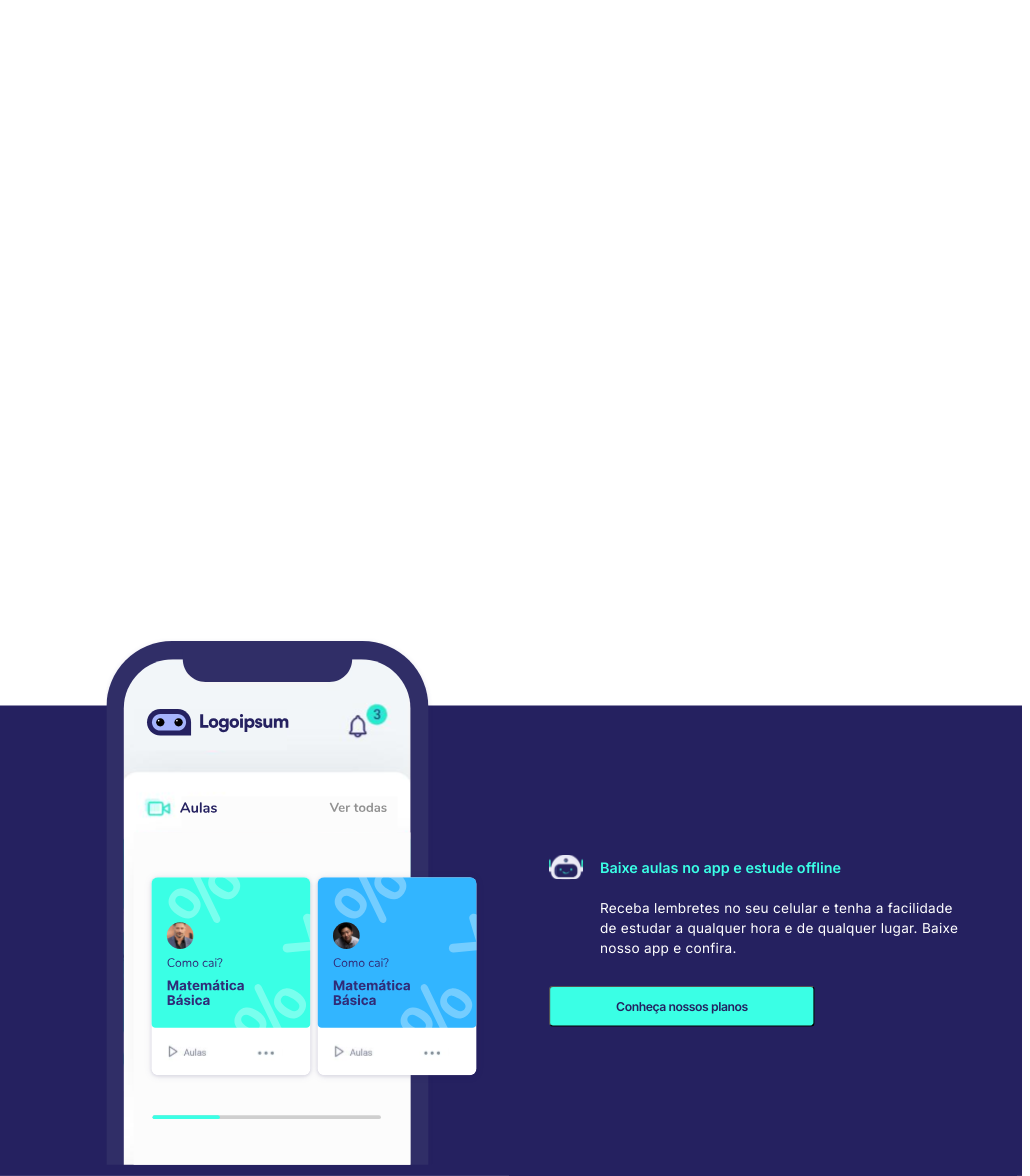
Repository: Williamlmachado/Desafio-Landing-page
Page: index.html
These files come from the project's save history. The page is drawn as it stood at one moment and after the next save; the edit follows.
The browser window is 1280 px wide. The page is 1472 px wide, so the pictures cover 1472 px, including what lies to the right of the window. The pictures show the part of the page from y = 3527 to 5207 px (the page is 5207 px tall), at 70% of full size.
Some icons come from a web library that is not loaded, so they are not drawn.

Above is the page before, as saved 2021-11-10 17:07:37.

### index.html
<!DOCTYPE html>
<html lang="en">

<head>
  <meta charset="UTF-8">
  <meta http-equiv="X-UA-Compatible" content="IE=edge">
  <meta name="viewport" content="width=device-width, initial-scale=1.0">
  <link rel="stylesheet" href="path/to/font-awesome/css/font-awesome.min.css">
  <link href="https://fonts.googleapis.com/css2?family=Inter:wght@100;200;300;400;500;600&display=swap" rel="stylesheet">
  <link href="https://fonts.googleapis.com/css2?family=Nunito:ital,wght@0,200;0,300;0,400;0,700;0,800;0,900;1,200;1,300;1,400;1,600;1,700;1,800;1,900&display=swap" rel="stylesheet">
  <link href="https://fonts.googleapis.com/css2?family=Fredoka+One&display=swap" rel="stylesheet">
  <link href="https://cdn.jsdelivr.net/npm/bootstrap@5.1.3/dist/css/bootstrap.min.css" rel="stylesheet"
    integrity="sha384-1BmE4kWBq78iYhFldvKuhfTAU6auU8tT94WrHftjDbrCEXSU1oBoqyl2QvZ6jIW3" crossorigin="anonymous">
  <link rel="stylesheet" href="style.css">
  <script src="https://cdn.jsdelivr.net/npm/bootstrap@5.1.3/dist/js/bootstrap.bundle.min.js"
    integrity="sha384-ka7Sk0Gln4gmtz2MlQnikT1wXgYsOg+OMhuP+IlRH9sENBO0LRn5q+8nbTov4+1p"
    crossorigin="anonymous"></script>
  <title>Document</title>

<body>
  <nav class="navbar navbar-expand-lg navbar-light bg-light">
    <a class="navbar-brand" href="#">
      <img src="img/logoipsum-logo-40 2.svg" alt="logo">
    </a>
    <button class="navbar-toggler" type="button" data-toggle="collapse" data-target="#navbarNav" aria-controls="navbarNav" aria-expanded="false" aria-label="Toggle navigation">
      <span class="navbar-toggler-icon"></span>
    </button>
    <nav>
    <div class="collapse navbar-collapse" id="navbarNav">
      <ul class="navbar-nav">
      <nav class="navbar-nav ml-auto">
        <li class="nav-item">
          <a class="nav-link disabled" href="#">Home <span class="sr-only"></span></a>
        </li>
        <li class="nav-item">
          <a class="nav-link disabled" href="#">Quem Somos</a>
        </li>
        <li class="nav-item-right">
          <a class="nav-link disabled" href="#">Plano</a>
        </li>
        <li class="nav-item">
          <a class="nav-link disabled" href="#">Fale Conosco</a>
        </li>
        <li class="nav-item">
          <button class="nav-button" type="button">Entrar</button>
        </li>
      </nav>
      </ul>
    </div>
  </nav>
    <div class="retangle-1">
      <div class="row">
          <div class="retangle-8">
           <div class="col"><img class="spaceboy" src="img/image 3.svg" alt="astronauta"><H4 class="frase1">Seja aprovado no Enem e Vestibulares :)</H4>
          <H1 class="frase2">Você escolhe o que aprender.</H1></div>
          <h4 class="frase3">Aqui você terá toda assistência que precisa
            com materiais desenvolvido por mestres e doutores em matemática</h4>
          <button type="button" class="buttonret"><p class="fraseButton">Veja nossos planos</p><i class="fas fa-arrow-right"></i></button>
          </div>
          </div>
        <div class="col"><img class="boy" src="img/image 8.svg" alt="garoto"></div>
     </div>
    </div>
  <div class="retangle-2">
    <div class="escolas">
    <img src="img/Captura de Tela 2021-05-22 às 02.33 1.svg" alt="escolas">
  </div>
  <div class="row">
    <div class="col"><img class="smallogos" src="img/Group 53.svg" alt="smallogos"><p class="group12"><img class="group12" src="img/Group 12.svg"></p><p><img class="group13" src="img/Group 13.svg"></p><p><img class="group14" src="img/Group 14.svg"></p></div>
    <div class="col"><img class="adolescente" src="img/pretty-teenager-happy-to-be-back-at-university 1.svg" alt="prettyteenager"></div>
  </div>
    <div class="retangle-3">
      <div class="row">
        <div class="column1"><img class="feliz" src="img/image 43.svg" alt="foguete"><div class="frase4"><p>100% MATEMÁTICA</p></div><h3 class="frase5">Matemática pra quem quer entrar na facul</h3><h4 class="frase6">Somos um cursinho online especialista em ensinar matemática. Temos os melhores professores mestres e doutores para tirar suas dúvidas e te ensinar matemática desde a teoria até a resolução de exercícios de todos os níveis.</h4></div></div>

       <div class="column2"><img class="foguete" src="img/image 45.svg" alt="feliz"><div class="frase7"><p>QUER SER APROVADO?</p></div><h3 class="frase8">Se seu foco é ser aprovado, nós estamos aqui por você.</h3><h4 class="frase9">Somos um cursinho online especialista em ensinar matemática. Temos os melhores professores mestres e doutores para tirar suas dúvidas e te ensinar matemática desde a teoria até a resolução de exercícios de todos os níveis.</h4></div></div>
        </div>
      </div>
    </div>
    <div class="retangle-4">
      <div class="row">
        <div class="col"><img class="celular" src="img/Frame 12.svg"><img class="celulardados" src="img/Group 41.svg"><img class="spaceboy2" src="img/image 3.svg" alt="spaceboy2"><h4 class="Baixe">Baixe aulas no app e estude offline</h4><p class="receba">Receba lembretes no seu celular e tenha a facilidade de estudar a qualquer hora e de qualquer lugar.
          Baixe nosso app e confira.</p><button type="button" class="buttonret4"><p class="fraseButton">Conheça nossos planos</p><i class="fas fa-arrow-right"></i></button></div>
        <div class="col"></div>
    </div>
  </div>
  <!-- <footer id="footer" class="py-5">
    <div class="row">
      <div class="col-md-5">
        <img class="" src="img/logoipsum-logo-40 2.svg" alt="logo">
        <div><img class=""src="img/Captura de Tela 2021-05-25 às 19.59 1.svg" alt="androideios"></div>
      </div>
      <div class="col-sm-2">
        <h5>Localização</h5>
        <p>Av. Brg. Faria Lima , 1422 São Paulo - SP </p>
      </div>
      <div class="col-sm-2">
        <h5>Fale Conosco</h5>
        <p>(22) 4442-0126</p>
        <p>info@digihouse.com</p>
      </div>
      <div class="col-sm-2">
        <h5>Política</h5>
        <p>Direitos autorais</p>
        <p>Termos de uso</p>
        <p>Políticas de Privacidade</p>
      </div>
      <hr class="linha"> -->
      <!-- <img class="copyright" src="img/Copyright.svg" alt="copyright"> -->
<span>Copyright 2021. All Right Reserved </span>
  </footer>
  </div>
</body>
</head>
</html>

### style.css
.nav-button{
    display: flex;
    flex-direction: row;
    justify-content: center;
    align-items: center;
    padding: 15px 116px;

    width: 133px;
    height: 43px;
    left: 1239px;
    top: 18px;

    /* Primary */
    background: #252160;

    /* Branco */
    border: 1px solid #FFFFFF;
    box-sizing: border-box;
    border-radius: 6px;
    color: #FFFFFF;
}

.nav-home{
    position: absolute;
    width: 46px;
    height: 22px;
    left: 5px;
    top: 0px;

    font-family: Inter;
    font-style: normal;
    font-weight: bold;
    font-size: 16px;
    line-height: 22px;

    /* identical to box height, or 137% */

    /* Primary */
    color: #252160;
}

.navbrad-brand{
    position: absolute;
    left: 58.02%;
    right: 35.2%;
    top: 34.99%;
    bottom: 29.03%;

    /* Primary */
    background: #252160;
}

#footer{
    position: absolute;
    width: 1550px;
    height: 373px;
    /* left: calc(50% - 1449px/2 + 4.5px); */
    top: calc(50% - 373px/2 + 2603.5px);

    /* Branco */
    background: #FFFFFF;
}

.imagemfooter{
    position: absolute;
    left: 3.51%;
    right: 72.51%;
    top: 18.75%;
    bottom: 18.75%;
    color: #A5B4FC;
}

.linha{
    margin-top: 150px;
    position: absolute;
    width: 1210px;
    left: 135px;
    border: 1px solid rgba(84, 84, 212, 0.34);
}

.col-md-5{
    align-items: center;
    align-content: center;
}

.copyright{

}

.retangle-1{
    position: absolute;
    width: 1440px;
    height: 821px;
    left: 0px;
    top: 79px;

    /* Primary */
    background: #252160;
}

.spaceboy{
    position: absolute;
    width: 50.02px;
    height: 36.06px;
    left: 125px;
    right: 150px;
    flex: none;
    order: 0;
    flex-grow: 0;
    margin: 50px -15px;
    transform: rotate(+15.22deg);
}

.retangle-2{
    position: absolute;
    width: 1440px;
    height: 821px;
    left: 0px;
    top: 900px;
    background: #ffff;
}
.retangle-3{
    position: absolute;
    width: 1440px;
    height: 954px;
    left: 0px;
    top: 800px;
    background: #F8F8F8
}

.escolas{
    position: absolute;
    width: 1270px;
    height: 164px;
    left: 66px;
    top: 35px;
}

.adolescente{
    position: relative;
    width: 600px;
    height: 738px;
    left: 25px;
    top: 105px;
    flex: none;
    order: 0;
    flex-grow: 0;
    margin: 6px 0px;
}

.smallogos{
    position: absolute;
    width: 67.79px;
    height: 403.63px;
    left: 112px;
    top: 275px;
}

.group12{
    position: absolute;
    width: 510.72px;
    height: 141px;
    left: 80px;
    top: 220px;
}

.group13{
    position: absolute;
    width: 510.72px;
    height: 155px;
    left: 195px;
    top: 275px;
}

.group14{
    position: absolute;
    width: 510.72px;
    height: 131px;
    left: 214px;
    top: 618px;
}

.boy{
    position: absolute;
    left: 763px;
    right: 143px;
    top: 153px;
    bottom: 120px;

}

.retangle-8{
    /* Rectangle 8 */

    position: absolute;
    width: 741.6px;
    height: 645.98px;
    left: 60px;
    top: 106px;

    background: #292663;
    border-radius: 124px;
    transform: rotate(-15.22deg);
    }

.frase1{
    position: absolute;
    width: 472px;
    height: 28px;
    top: 81PX;
    left:200px;
    right: 100px;

    font-family: inter;
    font-style: normal;
    font-weight: bold;
    font-size: 20.59px;
    line-height: 26px;

    color: #3AFFE5;

    flex: none;
    order: 1;
    flex-grow: 0;
    margin: 50px -30px;
    transform: rotate(+15.22deg);
}

.frase2{
    position: absolute;
    width: 631px;
    height: 151px;
    left: 65px;
    top: 200px;

    font-family: Fredoka One;
    font-style: normal;
    font-weight: normal;
    font-size: 65.1467px;
    line-height: 76px;
    transform: rotate(+15.22deg);
    /* or 116% */
    letter-spacing: -0.01em;

    /* Branco */
    color: #FFFFFF;
}

.frase3{
    position: absolute;
    width: 523px;
    height: 87px;
    left: 35px;
    top: 350px;

    font-family: Inter;
    font-style: normal;
    font-weight: normal;
    font-size: 19.45px;
    line-height: 29px;
    transform: rotate(+15.22deg);
    /* or 149% */
    letter-spacing: 0.38px;

    color: #FFFFFF;
}

.buttonret{
    display: flex;
    flex-direction: row;
    justify-content: center;
    align-items: center;
    padding: 15px 116px;

    position: absolute;
    width: 380.41px;
    height: 59.33px;
    left: 15px;
    top: 440px;
    transform: rotate(+15.22deg);
    /* Secundary */
    background: #3AFFE5;
    border-radius: 6px;
}

.fraseButton{
    position: static;
    height: 21px;
    left: 22.42%;
    right: 37.1%;
    top: calc(50% - 21px/2 + 0px);

    font-family: Inter;
    font-style: normal;
    font-weight: bold;
    font-size: 17.45px;
    line-height: 21px;
    text-align: center;
    letter-spacing: -0.618281px;

    /* Primary */
    color: #252160;


    /* Inside Auto Layout */
    flex: none;
    order: 0;
    flex-grow: 0;
    margin: 0px 24px;
}

.feliz{

    position: absolute;
    width: 430.2px;
    height: 469.21px;
    left: 817.06px;
    top: 425px;
    background: url(.png);
    transform: rotate(-12.24deg);
}

.frase4{
    position: absolute;
    width: 394.54px;
    height: 30px;
    left: 705px;
    top: 88px;
    font-family: Nunito;
    font-style: normal;
    font-weight: bold;
    font-size: 22px;
    line-height: 30px;
    /* Azul */
    color: #32B5FF;
}

.frase5{
    position: absolute;
width: 575.63px;
height: 122px;
left:705px;
top: 123px;

font-family: Nunito;
font-style: normal;
font-weight: bold;
font-size: 44.83px;
line-height: 61px;

/* Primary */
color: #252160;
}

.frase6{
    position: absolute;
    width: 600px;
    height: 182.69px;
    left: 705px;
    top: 261px;

    font-family: Inter;
    font-style: normal;
    font-weight: normal;
    font-size: 20px;
    line-height: 37px;

    /* or 186% */

    /* Gray - 200 */
    color: #7B7B7B;
}

.frase7{
    position: absolute;
    width: 394.54px;
    height: 30px;
    left: 135px;
    top: 575px;
    font-family: Nunito;
    font-style: normal;
    font-weight: bold;
    font-size: 22px;
    line-height: 30px;
    /* Azul */
    color: #32B5FF;
}


.frase8{
    position: absolute;
    width: 575.12px;
    height: 121.47px;
    left: 135px;
    top: 618.53px;

    font-family: Nunito;
    font-style: normal;
    font-weight: bold;
    font-size: 44.8277px;
    line-height: 61px;

    /* Primary */
    color: #252160;
}

.frase9{
    position: absolute;
    width: 598px;
    height: 157px;
    left: 135px;
    top: 753.53px;

    font-family: Inter;
    font-style: normal;
    font-weight: normal;
    font-size: 20px;
    line-height: 37px;

    /* or 185% */

    /* Gray - 200 */
    color: #7B7B7B;
}

.foguete{
    position: absolute;
    width: 450px;
    height: 450px;
    left: 167px;
    top: 75px;

}

.retangle-4{
    position: absolute;
    width: 1460px;
    height: 672px;
    left: 0px;
    top: 4535px;
    background: #252160;
}

.celular{
    position: absolute;
    width: 480px;
    height: 756px;
    left: 152px;
    top: -100px;
}

.celulardados{
    position: absolute;
    width: 482.9px;
    height: 294.32px;
    left: 207.1px;
    top: 240.53px;

    filter: drop-shadow(0px 1.08032px 5.40161px rgba(37, 33, 96, 0.1));
}
.spaceboy2{
    width: 50.02px;
    height: 36.06px;
    margin-top: 213px;
    margin-left: 784px;
}

.Baixe{
    position: static;
    width: 472px;
    height: 28px;
    left: 213.02px;
    top: 857.02px;

    font-family: Inter;
    font-style: normal;
    font-weight: bold;
    font-size: 20.59px;
    line-height: 26px;

    /* or 124% */

    /* Secundary */
    color: #3AFFE5;


    /* Inside Auto Layout */
    flex: none;
    order: 1;
    flex-grow: 0;
    margin-top: -30px;
    margin-left: 857.02px;
}

.receba{
    position: absolute;
    width: 523px;
    height: 87px;
    left: 857.02px;
    top: 275px;

    font-family: Inter;
    font-style: normal;
    font-weight: normal;
    font-size: 19.45px;
    line-height: 29px;

    /* or 149% */
    letter-spacing: 0.38px;

    /* Branco */
    color: #FFFFFF;
}

.buttonret4{
    display: flex;
    flex-direction: row;
    justify-content: center;
    align-items: center;
    padding: 15px 116px;

    position: absolute;
    width: 380.41px;
    height: 59.33px;
    left: 784px;
    top: 400px;
    /* Secundary */
    background: #3AFFE5;
    border-radius: 6px;
}

After the next save:
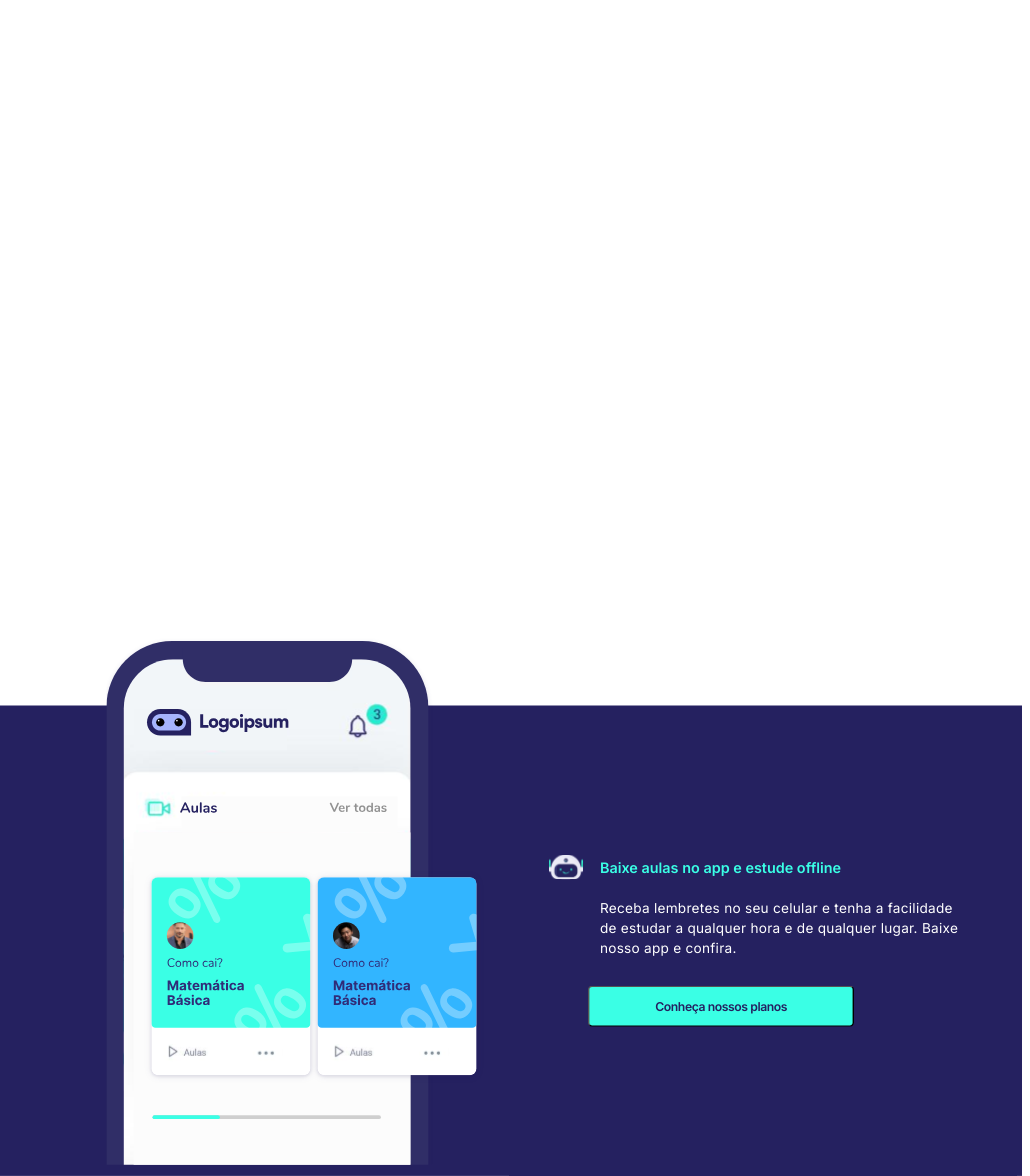
Saved 16 s later.
--- a/style.css
+++ b/style.css
@@ -522,7 +522,7 @@
     position: absolute;
     width: 380.41px;
     height: 59.33px;
-    left: 784px;
+    left: 840px;
     top: 400px;
     /* Secundary */
     background: #3AFFE5;
